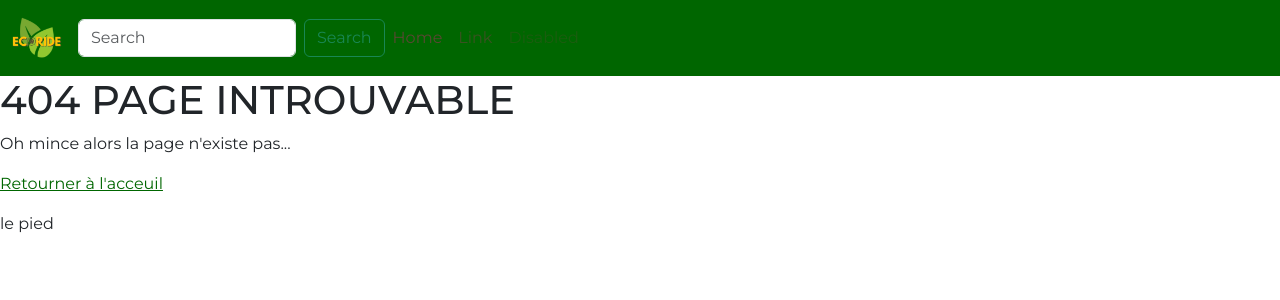
Repository: lemonhao9/ECF
Page: index.html
These files come from the project's save history. The page is drawn as it stood at one moment and after the next save; the edit follows.
The browser window is 1280 px wide. The pictures show the whole page.
Some web fonts or font styles are not loaded; a fallback is used. The style sheet was rebuilt from its Sass, Less or Tailwind sources for each picture, by a compiler version that may differ from the author's.

Above is the page before, as saved 2025-02-11 11:19:11.

After the next save:
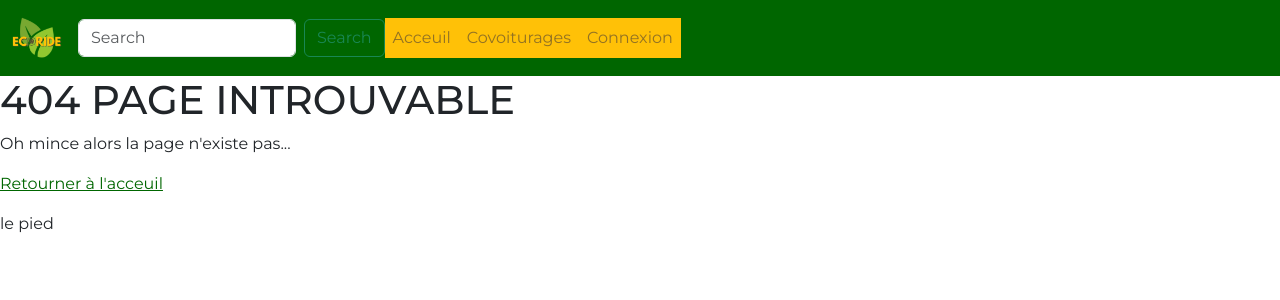
Saved 4 min 58 s later.
--- a/index.html
+++ b/index.html
@@ -24,14 +24,14 @@
             <button class="btn btn-outline-success" type="submit">Search</button>
           </form>
       <ul class="navbar-nav me-auto mb-2 mb-lg-0">
-        <li class="nav-item">
-          <a class="nav-link active" aria-current="page" href="#">Home</a>
+        <li class="nav-item bg-secondary">
+          <a class="nav-link" href="/">Acceuil</a>
         </li>
-        <li class="nav-item">
-          <a class="nav-link" href="#">Link</a>
+        <li class="nav-item bg-secondary">
+          <a class="nav-link" href="#">Covoiturages</a>
         </li>
-        <li class="nav-item">
-          <a class="nav-link disabled" aria-disabled="true">Disabled</a>
+        <li class="nav-item bg-secondary">
+          <a class="nav-link" href="#">Connexion</a>
         </li>
       </ul>
 
